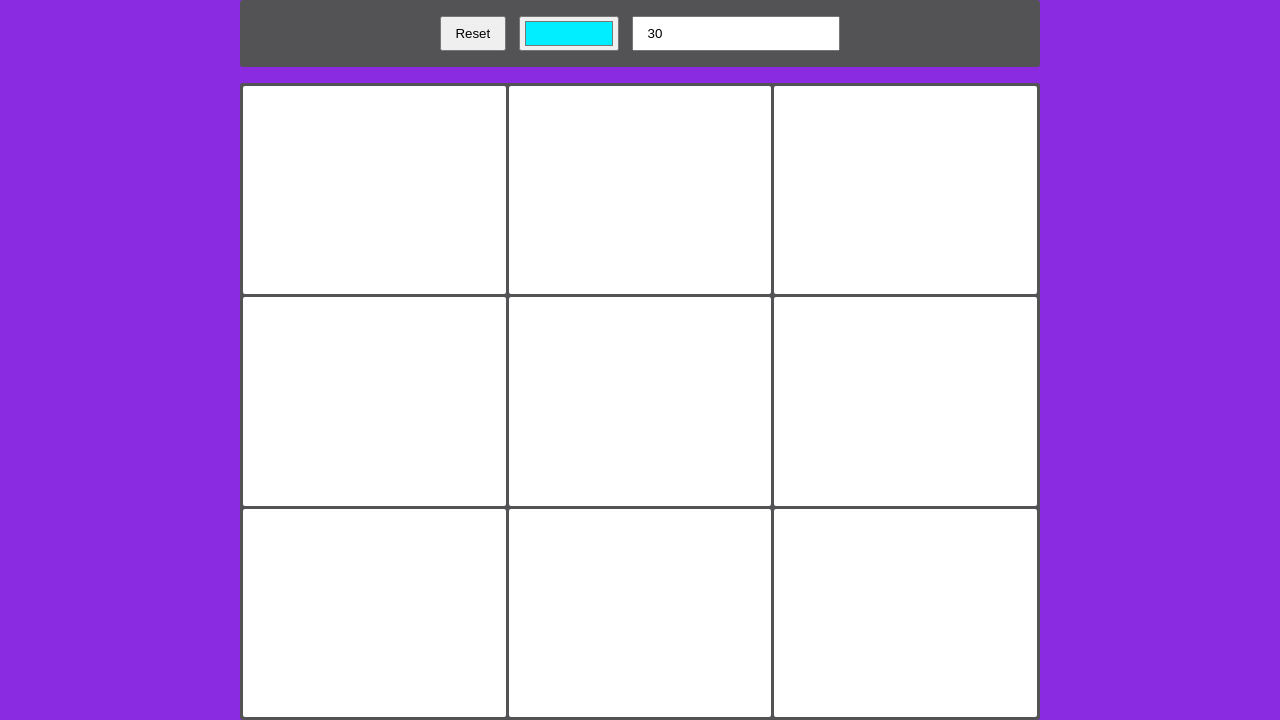
Repository: Larrowo/Challenges
Page: Pixel-Art/index.html
An editor plug-in stored every save of this project. The page is shown before and after the next save, followed by the edit.
The browser window is 1280 px wide. The pictures show the whole page.

Above is the page before, as saved 2022-04-20 12:37:37.

### Pixel-Art/index.html
<!DOCTYPE html>
<html lang="en">

<head>
    <meta charset="UTF-8" />
    <meta http-equiv="X-UA-Compatible" content="IE=edge" />
    <meta name="viewport" content="width=device-width, initial-scale=1.0" />
    <title>Document</title>
    <link rel="stylesheet" href="style.css" />
    <script src="/Pixel-Art/main.js" defer></script>
</head>

<body>
    <div class="navbar">
        <button class="btn">Reset</button>
        <input type="color" value="#00eeff" class="color">
        <input type="number" value="30" class="size">
    </div>
    <div class="container">
    </div>
</body>

</html>

### Pixel-Art/style.css
*{
    margin: 0;
    padding: 0;
    box-sizing: border-box;
}

html, body{
    height: 100%;
}

body{
    background-color: blueviolet;
    display: flex;
    justify-content: center;
    align-items: center;
    flex-direction: column;

}

.navbar, .container{
    background-color:rgb(83, 83, 86);
    width: 800px;
    border-radius: 3px;
}

.navbar{
    padding: 1em;
    margin-bottom: 1em;
    display: flex;
    justify-content: center;
    align-items: center;
}

.btn, input{
    height: 35px;
    padding: 0 1em;
}

.color{
    padding: 0 .25em;
    width: 100px;
    margin: 0 1em;
}

.container{
    --size: 4;
    height: 800px;
    display: grid;
    grid-template-columns: repeat(var(--size), 1fr);
    grid-template-rows: repeat(var(--size), 1fr);
    gap: 3px;
    padding: 3px;
}

.pixel{
    background-color: white;
    border-radius: 2px;
}

### Pixel-Art/main.js
const container = document.querySelector(".container");

function populate (size){
    container.style.setProperty("--size",size)
    for (let index = 0; index < size * size; index++) {
        const div = document.createElement("div");
        div.classList.add("pixel");
        container.appendChild(div);
    }
}

populate(3)

After the next save:
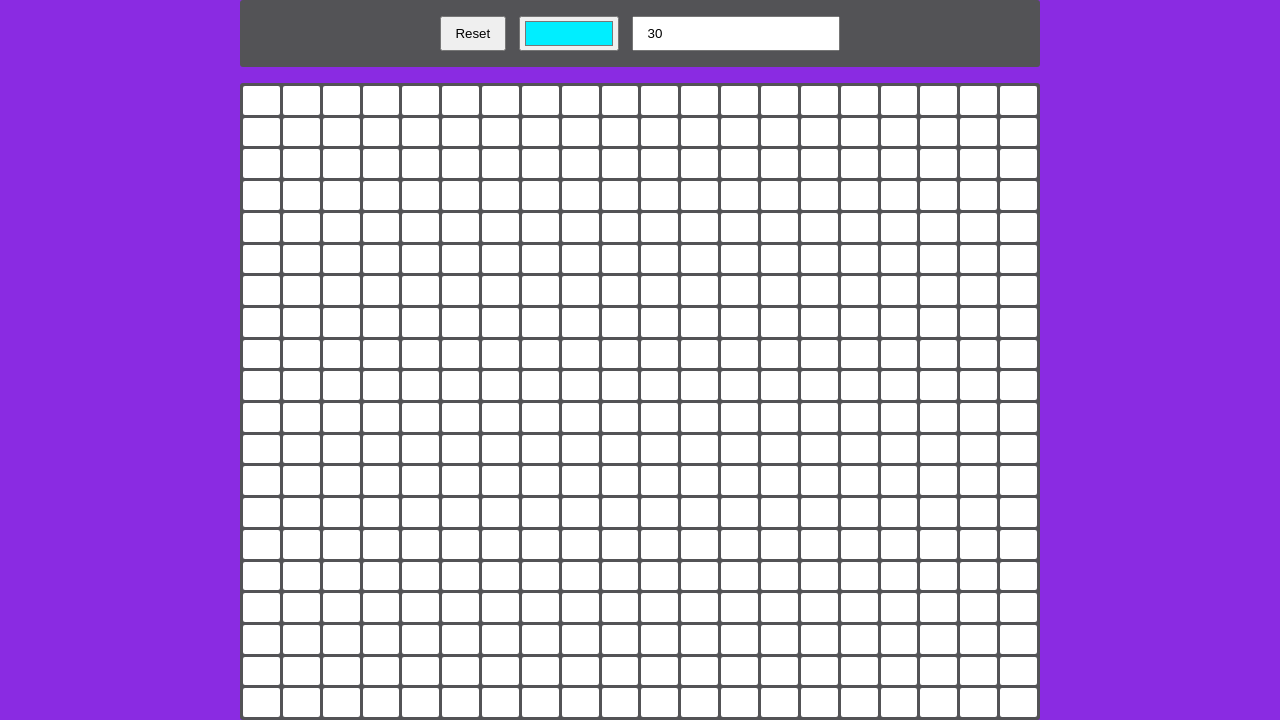
Saved 9 s later.
--- a/Pixel-Art/main.js
+++ b/Pixel-Art/main.js
@@ -9,4 +9,4 @@ function populate (size){
     }
 }
 
-populate(3)
+populate(20)
